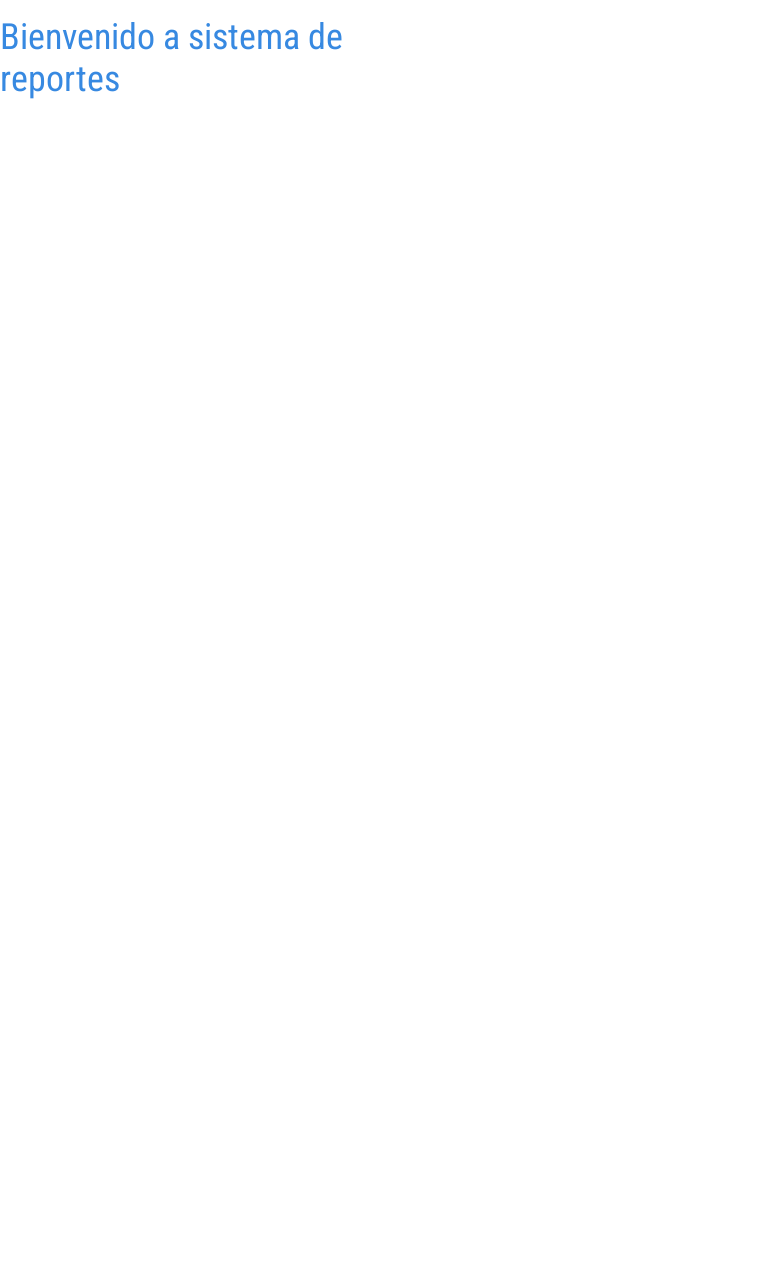
Repository: ramonramirezz/ReportesApp
Layout: Reportes/res/layout/welcome.xml
An editor plug-in stored every save of this project. The layout is shown before and after the next save, followed by the edit.
It is drawn on a 768 x 1280 px phone screen (xhdpi) without system bars, with theme AppTheme; the app's code is not run. The app's manifest (not shown) leaves right-to-left support off. So textAlignment, textDirection and layoutDirection are ignored, and left and right values win over start and end ones.

Above is the layout before, as saved 2015-11-20 23:50:20.

### Reportes/res/layout/welcome.xml
<?xml version="1.0" encoding="utf-8"?>
<LinearLayout xmlns:android="http://schemas.android.com/apk/res/android"
    android:layout_width="match_parent"
    android:layout_height="match_parent"
    android:orientation="vertical"
    android:textAlignment="center" >

	<TextView
	    android:id="@+id/tvBienvenido"
	    android:layout_width="188dp"
	    android:layout_height="wrap_content"
	    android:fontFamily="sans-serif-condensed"
	    android:layout_marginTop="5dp"
	    android:text="Bienvenido a sistema de reportes"
	    android:textColor="#3789E1"
	    android:textSize="18dp" />

	<TextView
	    android:id="@+id/tvNombreUsuario"
	    android:layout_width="wrap_content"
	    android:layout_height="wrap_content"

	    />

</LinearLayout>

Loaded but not shown: Reportes/res/values/styles.xml (common file); Reportes/res/values-v11/styles.xml (common file); Reportes/res/values-v14/styles.xml (common file)

After the next save:
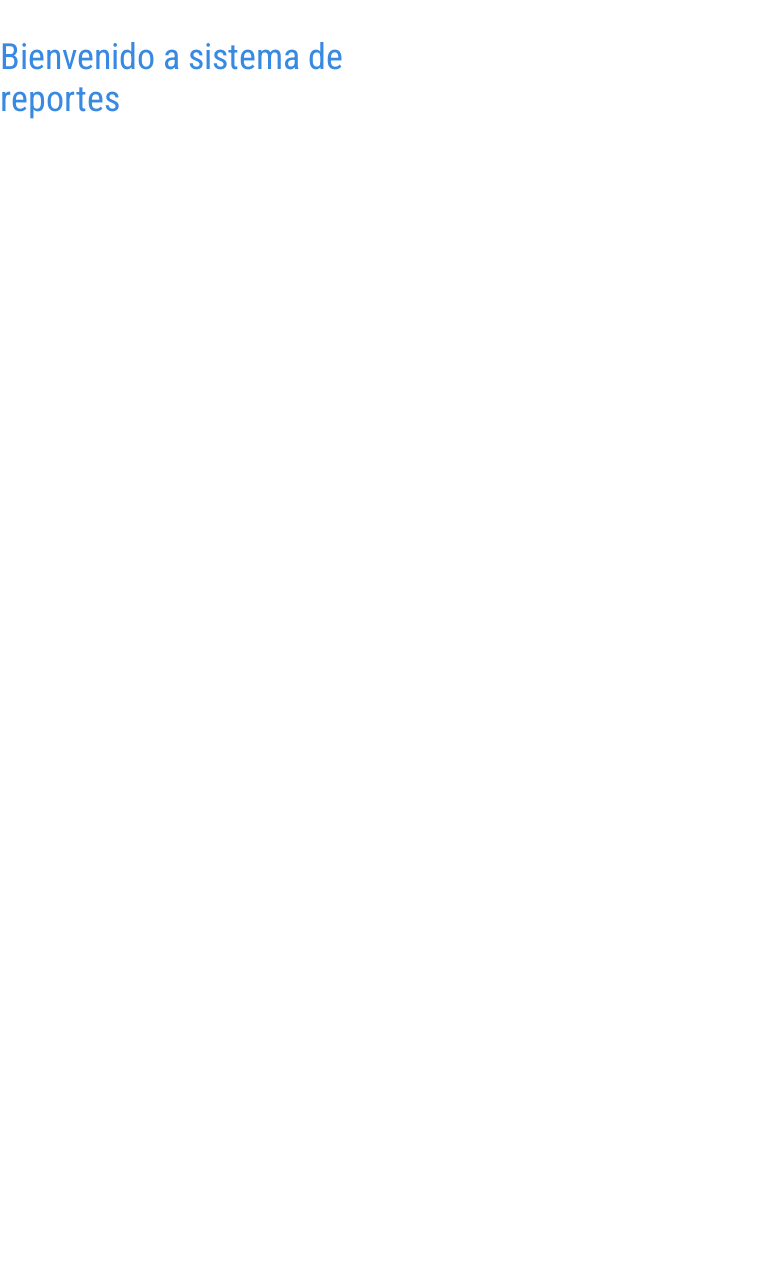
Saved 70 s later.
--- a/Reportes/res/layout/welcome.xml
+++ b/Reportes/res/layout/welcome.xml
@@ -4,6 +4,14 @@
     android:layout_height="match_parent"
     android:orientation="vertical"
     android:textAlignment="center" >
+
+
+    <LinearLayout
+        android:layout_width="fill_parent"
+        android:layout_height="wrap_content"
+        android:layout_margin="5dp"
+
+        ></LinearLayout>
 
 	<TextView
 	    android:id="@+id/tvBienvenido"
